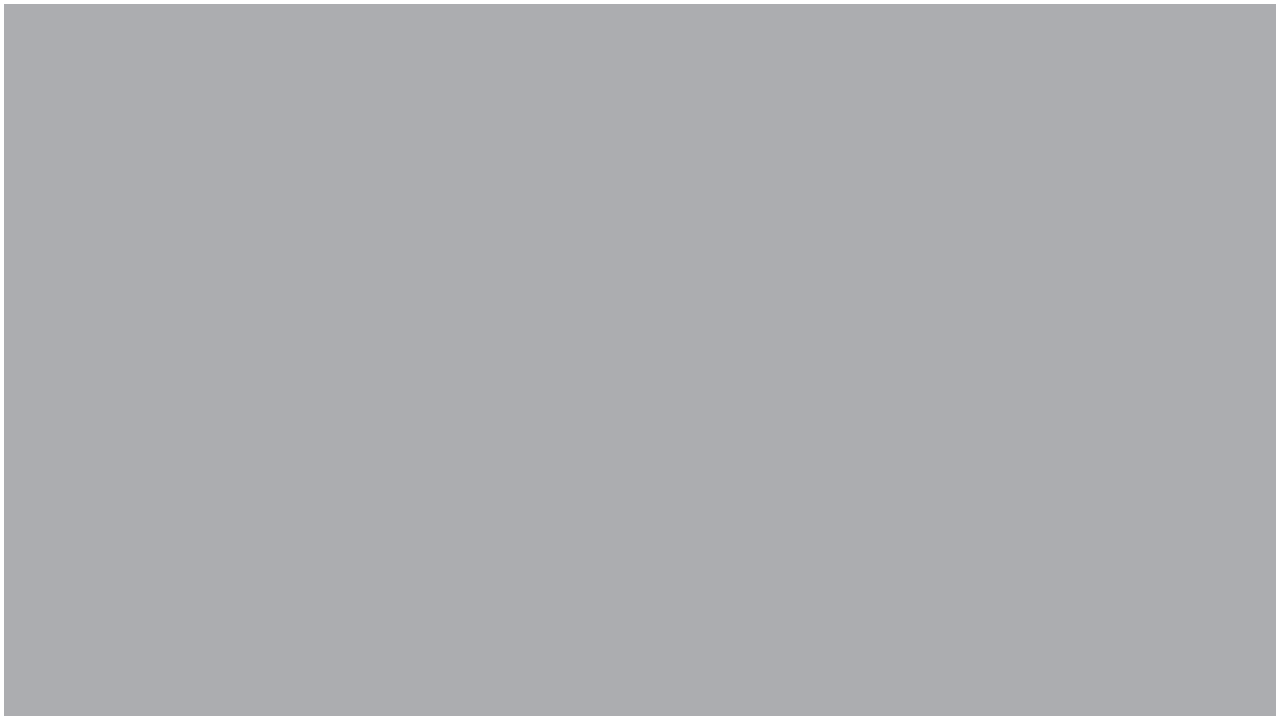
Repository: kimhieu153255/Image-search-app
Page: /
These files come from the project's save history. The page is drawn as it stood at one moment and after the next save; the edit follows.
The browser window is 1280 px wide. The pictures show the whole page.
The project was rebuilt for these pictures with package versions that can differ from the ones it lists, and the page was loaded fresh each time. Also part of the build but not shown: vite.config.js, src/Components/Button/Loadmore.jsx, src/Components/Card/Card.jsx.

Above is the page before, as saved 2023-10-26 19:24:39.

After the next save:
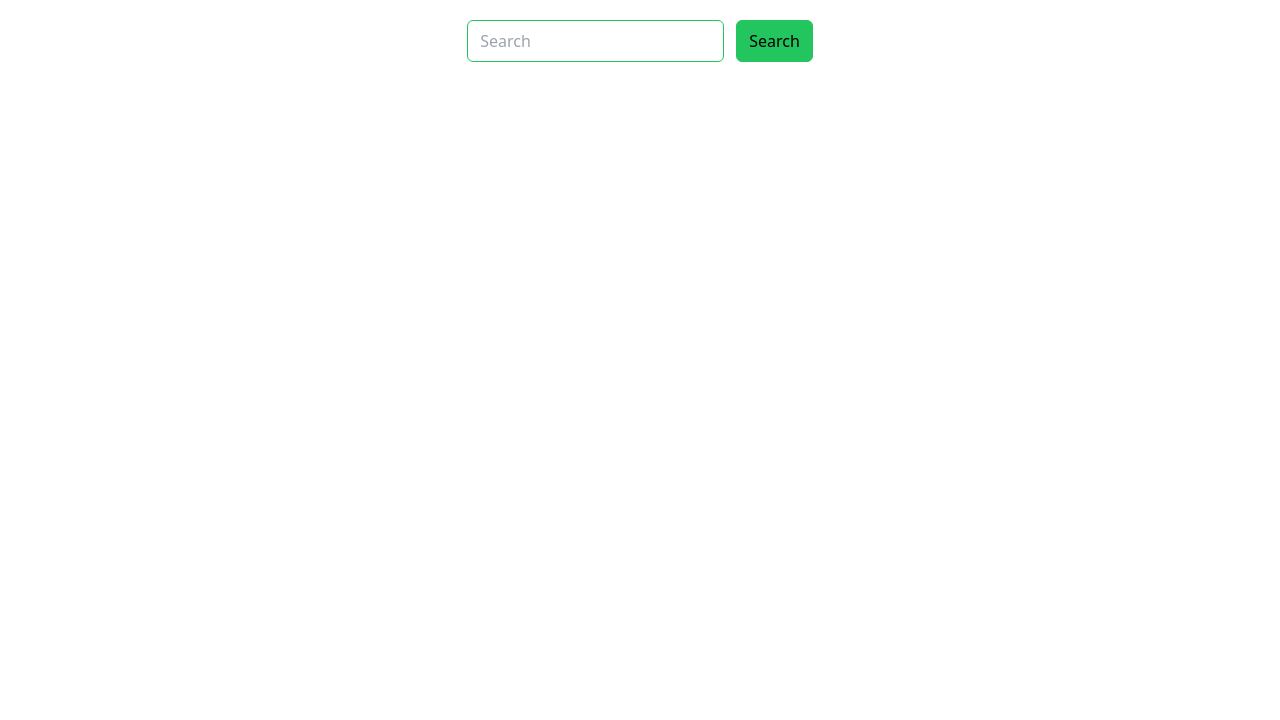
Saved 4 s later.
--- a/src/App.jsx
+++ b/src/App.jsx
@@ -12,11 +12,11 @@ function App() {
         <CardList></CardList>
         <Loadmore></Loadmore>
       </div>
-      {
+      {isLoading && (
         <div className="inset-1 fixed  brightness-75 bg-gray-200">
           <span className="w-30 h-30 inline-block bg-red"></span>
         </div>
-      }
+      )}
     </div>
   );
 }

After the save that followed:
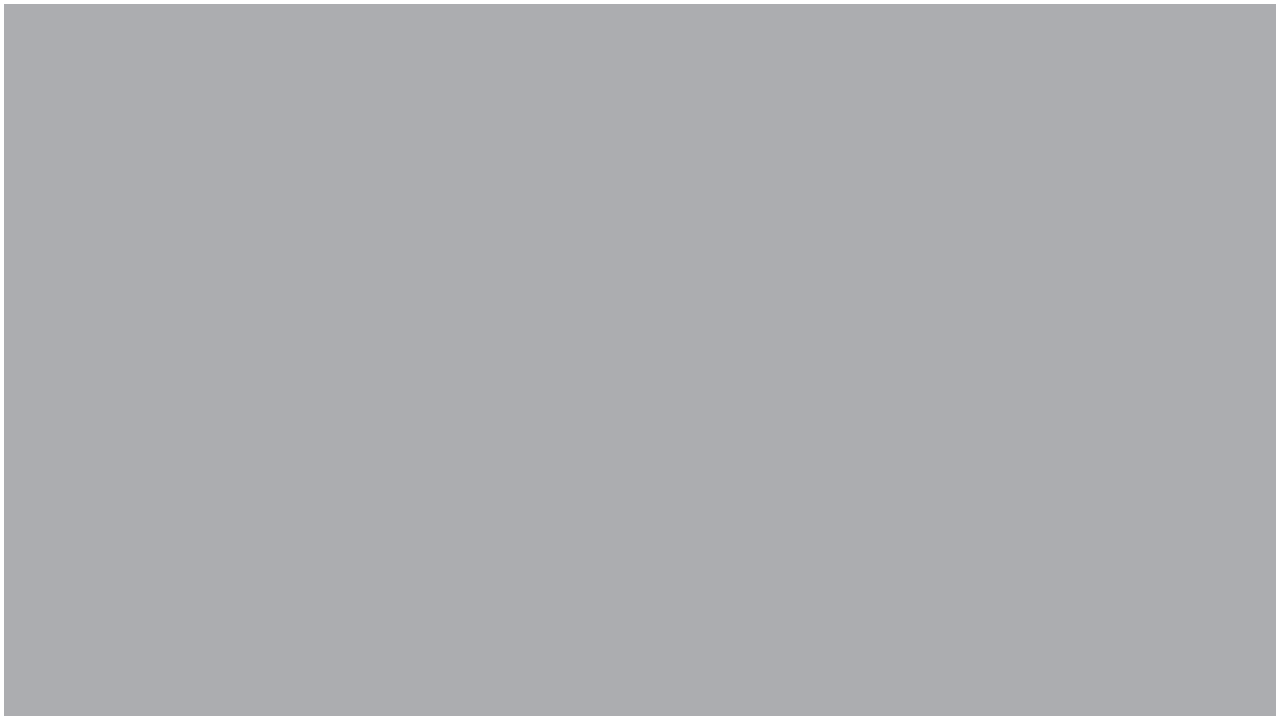
Saved 5 s later.
--- a/src/App.jsx
+++ b/src/App.jsx
@@ -4,7 +4,7 @@ import CardList from "./Components/Card/CardList";
 import Search from "./Components/Search/Search";
 
 function App() {
-  const [isLoading, setIsLoading] = useState(false);
+  const [isLoading, setIsLoading] = useState(true);
   return (
     <div className="w-full relative">
       <div className="flex flex-col items-center gap-5 my-5">
